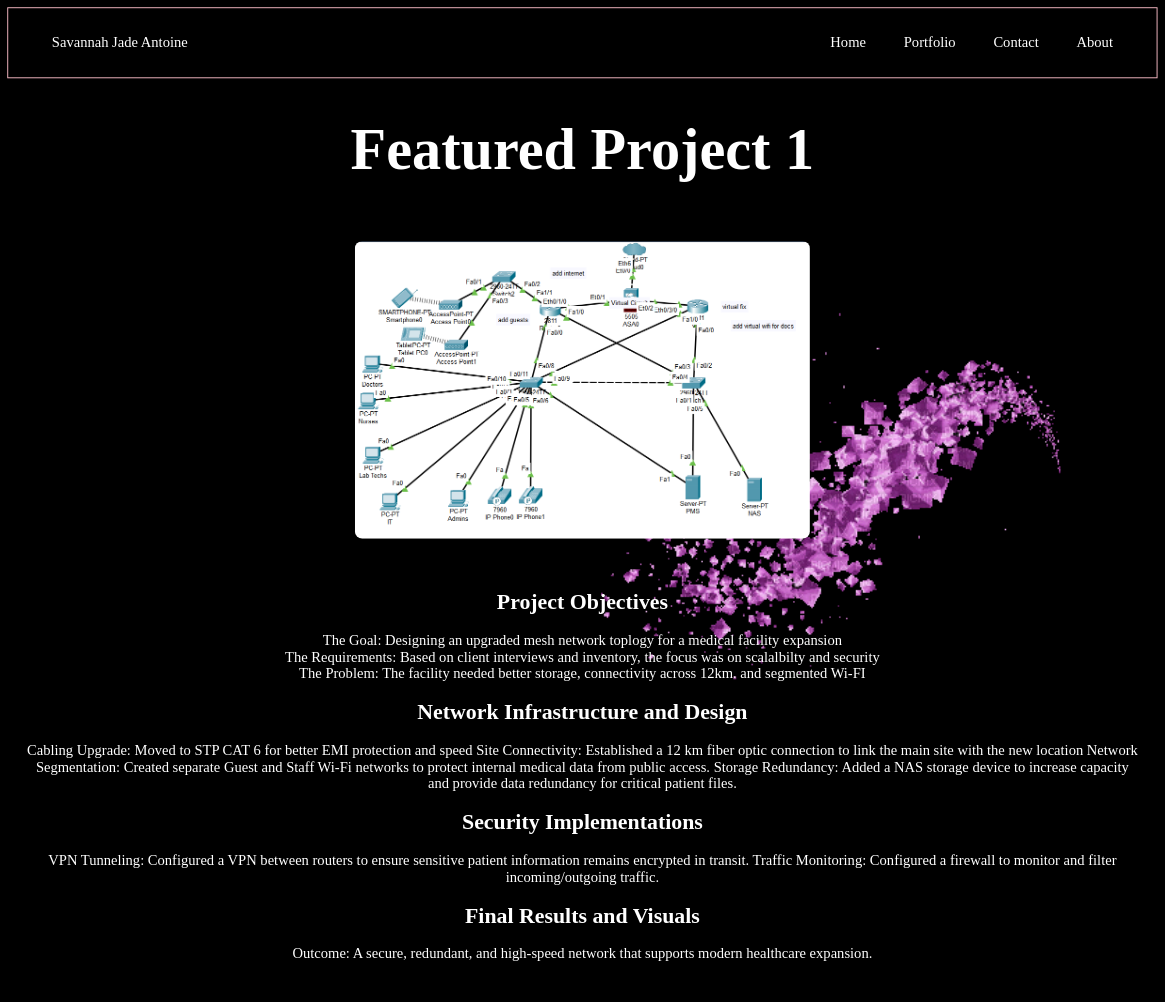
Repository: Savannah-Antoine/Savannah-Antoine
Page: pages/project-name-1.html
An editor plug-in stored every save of this project. The page is shown before and after the next save, followed by the edit.
The browser window is 1280 px wide. The pictures show the whole page, at 91% of full size.

Above is the page before, as saved 2026-05-15 15:34:45.

After the next save:
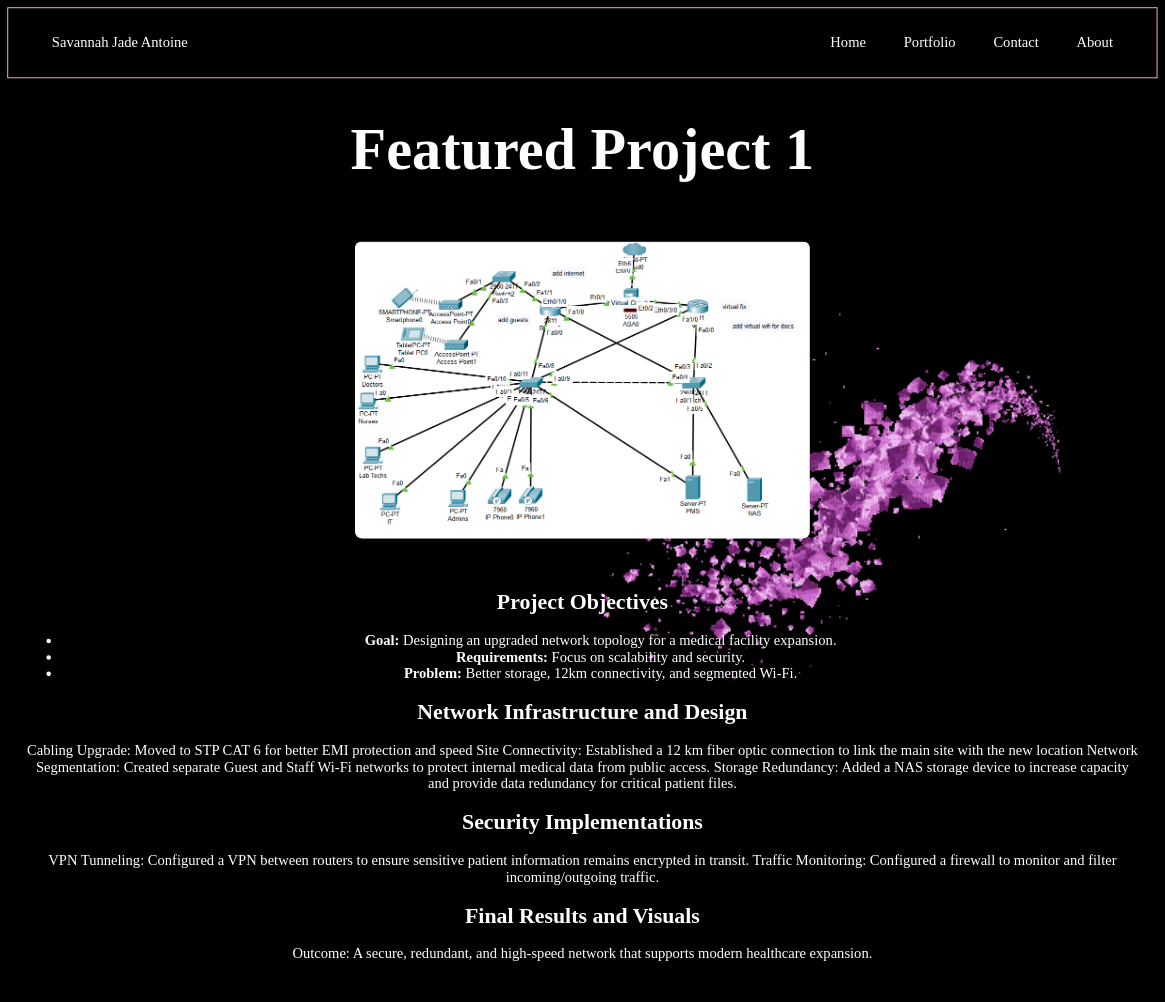
Saved 37 s later.
--- a/pages/project-name-1.html
+++ b/pages/project-name-1.html
@@ -32,11 +32,10 @@
 <div class = "project-details">
 <section>
 <h2>Project Objectives</h2>
-    <p>
-        The Goal: Designing an upgraded mesh network toplogy for a medical facility expansion<br>
-        The Requirements: Based on client interviews and inventory, the focus was on scalalbilty and security<br>
-        The Problem: The facility needed better storage, connectivity across 12km. and segmented Wi-FI
-    </p>
+   <ul> <li><strong>Goal:</strong> Designing an upgraded network topology for a medical facility expansion.</li>
+                <li><strong>Requirements:</strong> Focus on scalability and security.</li>
+                <li><strong>Problem:</strong> Better storage, 12km connectivity, and segmented Wi-Fi.</li>
+            </ul>
 <h2>Network Infrastructure and Design</h2>
 <p>
     Cabling Upgrade: Moved to STP CAT 6 for better EMI protection and speed

After the 2 saves that followed:
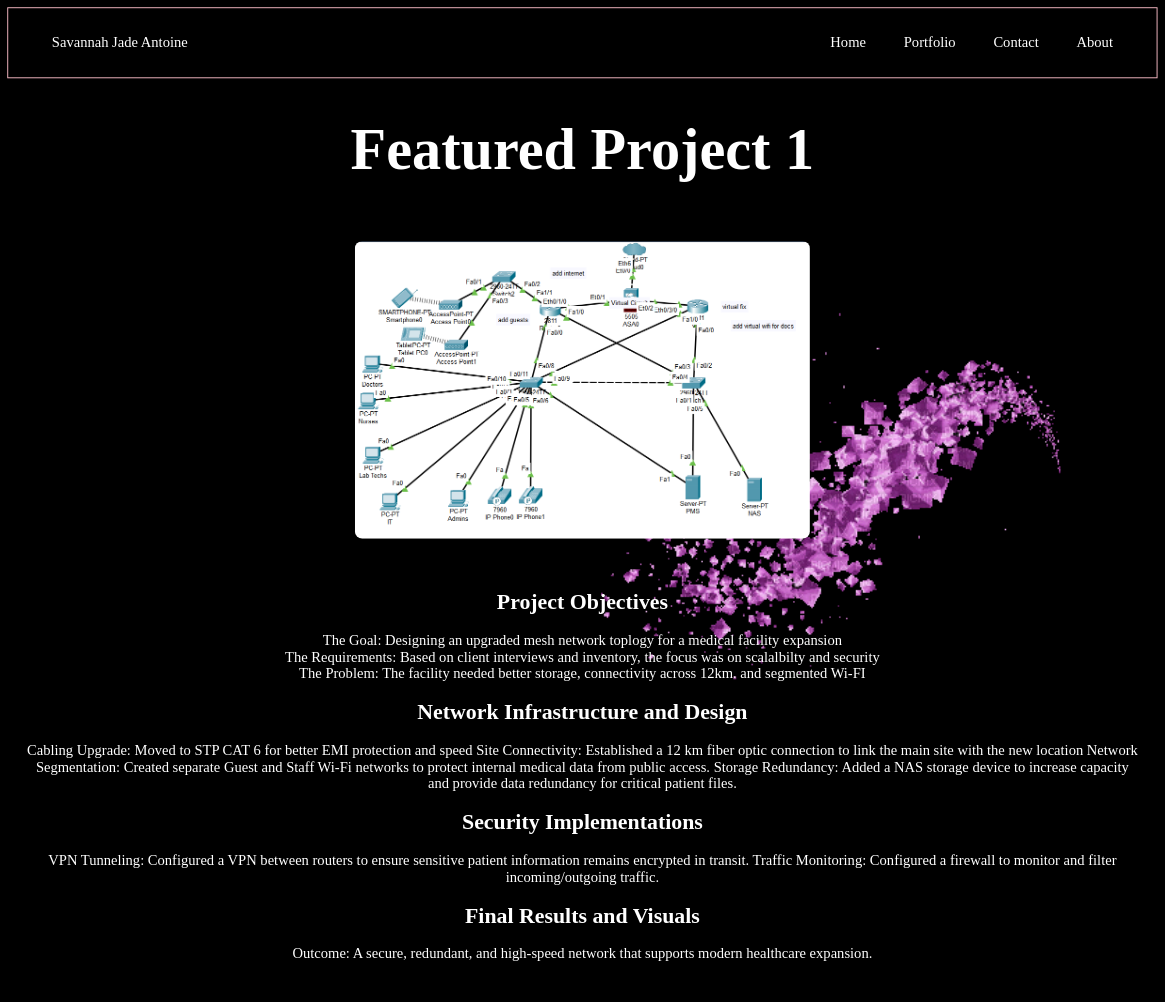
The 2 saves are shown as one change because 1 left the picture as it was.
The last was saved 113 s later.
--- a/pages/project-name-1.html
+++ b/pages/project-name-1.html
@@ -32,10 +32,11 @@
 <div class = "project-details">
 <section>
 <h2>Project Objectives</h2>
-   <ul> <li><strong>Goal:</strong> Designing an upgraded network topology for a medical facility expansion.</li>
-                <li><strong>Requirements:</strong> Focus on scalability and security.</li>
-                <li><strong>Problem:</strong> Better storage, 12km connectivity, and segmented Wi-Fi.</li>
-            </ul>
+    <p>
+        The Goal: Designing an upgraded mesh network toplogy for a medical facility expansion<br>
+        The Requirements: Based on client interviews and inventory, the focus was on scalalbilty and security<br>
+        The Problem: The facility needed better storage, connectivity across 12km. and segmented Wi-FI
+    </p>
 <h2>Network Infrastructure and Design</h2>
 <p>
     Cabling Upgrade: Moved to STP CAT 6 for better EMI protection and speed
--- a/styles/page.css
+++ b/styles/page.css
@@ -2,7 +2,7 @@
 .container{
   display: flex;
     flex-direction: column;
-    align-items: center;
+    align-items: left;
     gap: 2rem;
     padding: 1.2rem;
 
